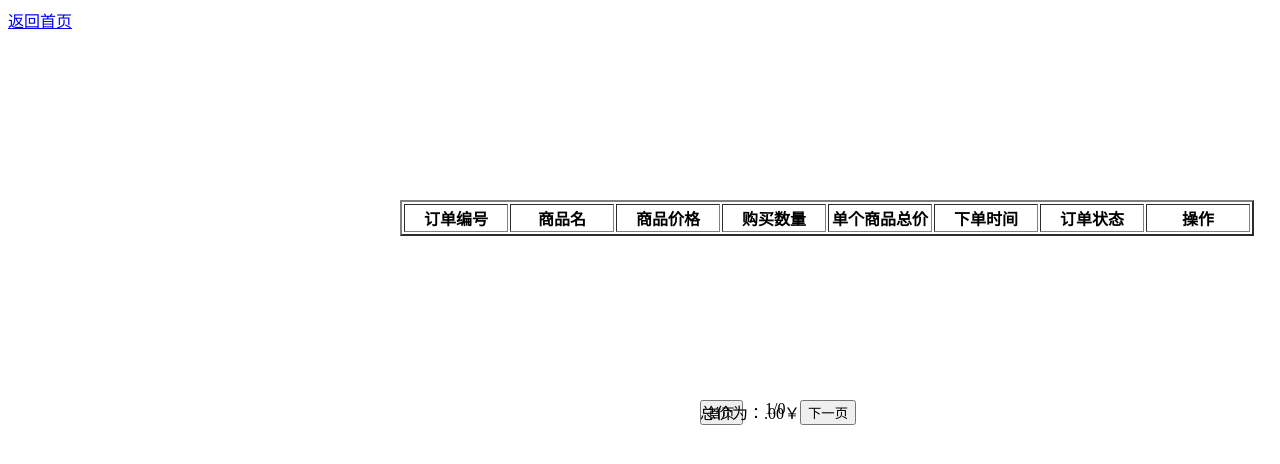
Repository: Gale-student/Gale-student.github.io
Page: http://localhost/weshop/OrdersDetailUnpaidQueryServlet
These files come from the project's save history. The page is drawn as it stood at one moment and after the next save; the edit follows.
The browser window is 1280 px wide. The pictures show the whole page.
The page is served by Tomcat 9. Other server files are loaded and not shown. Queries for data that is not in the repository find no rows.

Above is the page before, as saved 2022-10-05 11:03:48.

### WeShop/weshop/WebRoot/WEB-INF/jsp/OrdersUnpaidQueryOfUser.jsp
<%@ page language="java" import="java.util.*,com.company.entity.*" pageEncoding="utf-8"%>
<%
String path = request.getContextPath();
String basePath = request.getScheme()+"://"+request.getServerName()+":"+request.getServerPort()+path+"/";
%>

<!DOCTYPE HTML PUBLIC "-//W3C//DTD HTML 4.01 Transitional//EN">
<html>
  <head>
    <base href="<%=basePath%>">

    <title>My JSP 'OrdersUnpaidQueryOfUser.jsp' starting page</title>

	<meta http-equiv="pragma" content="no-cache">
	<meta http-equiv="cache-control" content="no-cache">
	<meta http-equiv="expires" content="0">
	<meta http-equiv="keywords" content="keyword1,keyword2,keyword3">
	<meta http-equiv="description" content="This is my page">
	<!--
	<link rel="stylesheet" type="text/css" href="styles.css">
	-->
  <%
      List<OrdersDetail> ordersDetailList = (List<OrdersDetail>)request.getAttribute("ordersDetailList");

      int currentPage = (Integer) session.getAttribute("currentPage");
      int allPage = (Integer) session.getAttribute("allPage");

      String upPage = "上一页";
      String downPage = "下一页";
      if(currentPage == 1){
         upPage = "首页";
      }
      if(currentPage == allPage){
         downPage = "尾页";
      }

      String totalPrice = (String) request.getAttribute("totalPrice");
      if(totalPrice == null){
         totalPrice = "";
      }
   %>
    <style type="text/css">
     th{
        width: 100px;
     }
     td{
        width: 100px;
     }
   </style>
  </head>

  <body>
   <a href="ShoppingHomePage.jsp">返回首页</a>
    <table style="position: absolute; left: 400px; top: 200px; text-align: center;" border="2" cellspacing="2">
       <tr>
          <th>订单编号</th>
          <th>商品名</th>
          <th>商品价格</th>
          <th>购买数量</th>
          <th>单个商品总价</th>
          <th>下单时间</th>
          <th>订单状态</th>
          <th>操作</th>
       </tr>
       <%for(int i = 0; i < ordersDetailList.size(); i ++){ %>
       <tr>
          <td><%=ordersDetailList.get(i).getOid() %></td>
          <td><%=ordersDetailList.get(i).getSname() %></td>
          <td><%=ordersDetailList.get(i).getSprice() %>.00￥</td>
          <td><%=ordersDetailList.get(i).getQuantity() %>.0</td>
          <td><%=ordersDetailList.get(i).getShopPrice() %>.00￥</td>
          <td><%=ordersDetailList.get(i).getDate() %></td>
          <td><%=ordersDetailList.get(i).getStatus() %></td>
          <td>
             <form action="OrdersCancelOfUserServlet" method="post">
                <input style="position: absolute; visibility: hidden;" type="text" value=<%=ordersDetailList.get(i).getOid() %> name="oid">
                <input type="submit" value="取消订单">
             </form>
          </td>
       </tr>
       <%} %>
    </table>
    <div style="position: absolute; left: 700px; top: 400px;">
    <form action="OrdersDetailUnpaidUpPageServlet" method="post">
       <input type="submit" value=<%=upPage %>>
    </form>
    <label style="position: absolute; top: 0px; left: 65px;"><%=currentPage + "/" + allPage %></label>
    <form style="position: absolute; top: 0px; left: 100px;" action="OrdersDetailUnpaidDownPageServlet" method="post">
       <input type="submit" value=<%=downPage %>>
    </form>

    </div>
    <label style="position: absolute; left: 700px; top: 400px;">总价为：<%=totalPrice %>.00￥</label>
  </body>
</html>

### WeShop/weshop/src/com/company/controller/OrdersDetailUnpaidQueryServlet.java
package com.company.controller;

import java.io.IOException;
import java.io.PrintWriter;
import java.util.List;

import javax.servlet.ServletException;
import javax.servlet.http.HttpServlet;
import javax.servlet.http.HttpServletRequest;
import javax.servlet.http.HttpServletResponse;
import javax.servlet.http.HttpSession;

import com.company.entity.OrdersDetail;
import com.company.service.OrdersService;
import com.company.service.OrdersServiceImpl;

public class OrdersDetailUnpaidQueryServlet extends HttpServlet {

	/**
	 * The doGet method of the servlet. <br>
	 *
	 * This method is called when a form has its tag value method equals to get.
	 *
	 * @param request the request send by the client to the server
	 * @param response the response send by the server to the client
	 * @throws ServletException if an error occurred
	 * @throws IOException if an error occurred
	 */
	public void doGet(HttpServletRequest request, HttpServletResponse response)
			throws ServletException, IOException {

		doPost(request, response);
	}

	/**
	 * The doPost method of the servlet. <br>
	 *
	 * This method is called when a form has its tag value method equals to post.
	 *
	 * @param request the request send by the client to the server
	 * @param response the response send by the server to the client
	 * @throws ServletException if an error occurred
	 * @throws IOException if an error occurred
	 */
	public void doPost(HttpServletRequest request, HttpServletResponse response)
			throws ServletException, IOException {

		HttpSession hs = request.getSession();
		String uid = (String)hs.getAttribute("uid");
		OrdersService ordersService = new OrdersServiceImpl();
		try {
			List<OrdersDetail> ordersDetailList = ordersService.queryOrdersDetailUnpaid(uid, 0);
			int allRows = ordersService.OrdersDetailUnpaidAllRows(uid);
			int allPage = allRows / 3;
			if(allRows % 3 != 0){
				allPage ++;
			}
			String totalPrice = ordersService.queryTotalPriceOfUserUnpaidOrders(uid);
			request.setAttribute("totalPrice", totalPrice);
			hs.setAttribute("allPage", allPage);
			hs.setAttribute("currentPage", 1);
			request.setAttribute("ordersDetailList", ordersDetailList);
			request.getRequestDispatcher("WEB-INF/jsp/OrdersUnpaidQueryOfUser.jsp").forward(request, response);
		} catch (Exception e) {
			// TODO Auto-generated catch block
			e.printStackTrace();
		}

	}

}

### WeShop/weshop/src/com/company/service/OrdersServiceImpl.java
package com.company.service;

import java.util.List;

import com.company.dao.OrdersDao;
import com.company.dao.OrdersDaoImpl;
import com.company.entity.Orders;
import com.company.entity.OrdersDetail;

public class OrdersServiceImpl implements OrdersService {
	private OrdersDao ordersDao = new OrdersDaoImpl();

    //获取订单表总行数
	public int OrdersAllRows() throws Exception {
		int ordersAllRows = ordersDao.OrdersAllRows();
		return ordersAllRows;
	}

    //添加订单(购买 下单 默认未支付状态)
	public void addOrders(String uid, String sid, String quantity)
			throws Exception {
		ordersDao.insertOrders(uid, sid, quantity);
	}

    //取消订单
	public void cancelOrders(String oid) throws Exception {
		ordersDao.deleteOrders(oid);
	}

    //订单表分页
	public List<Orders> ordersPagingQuery(int page) throws Exception {
		List<Orders> ordersList = ordersDao.ordersPaging(page * 3, 3);
		return ordersList;
	}

    //根据订单编号查订单
	public List<Orders> queryOrdersByOid(String oid) throws Exception {
		List<Orders> ordersList = ordersDao.selectOrdersByOid(oid);
		return ordersList;
	}

    //查看未支付订单
	public List<Orders> queryOrdersByStatusUnpaid() throws Exception {
		List<Orders> ordersList = ordersDao.selectOrdersByStatusUnpaid();
		return ordersList;
	}

	//通过用户ID查订单
	public List<Orders> queryOrdersByUid(String uid) throws Exception {
		List<Orders> ordersList = ordersDao.selectOrdersByUid(uid);
		return ordersList;
	}

	//修改商品数量
	public void modifyQuantity(String sid, String quantity) throws Exception {
		ordersDao.updateQuantity(sid, quantity);
	}

	//查找所有订单
	public List<Orders> queryAllOrders() throws Exception {
		List<Orders> ordersList = ordersDao.selectAllOrders();
		return ordersList;
	}

	//查看用户所有订单详情
	public List<OrdersDetail> selectOrdersDetail(String uid, int page) throws Exception {
		List<OrdersDetail> ordersDetailList = ordersDao.selectOrdersDetail(uid, page * 3, 3);
		return ordersDetailList;
	}

	//获取用户订单表总行数
	public int OrdersDetailAllRows(String uid) throws Exception {
		int ordersDetailAllRows = ordersDao.OrdersDetailAllRows(uid);
		return ordersDetailAllRows;
	}

	//获取用户未支付订单总行数
	public int OrdersDetailUnpaidAllRows(String uid) throws Exception {
		int ordersDetailUnpaidAllRows = ordersDao.OrdersDetailUnpaidAllRows(uid);
		return ordersDetailUnpaidAllRows;
	}

	//查看用户未支付订单详情
	public List<OrdersDetail> queryOrdersDetailUnpaid(String uid, int page) throws Exception {
		List<OrdersDetail> ordersDetaiUnpaidlList = ordersDao.selectOrdersDetailUnpaid(uid, page * 3, 3);
		return ordersDetaiUnpaidlList;
	}

	public String queryTotalPriceOfUserUnpaidOrders(String uid)
			throws Exception {
		String totalPrice = ordersDao.selectTotalPriceOfUserUnpaidOrders(uid);
		return totalPrice;
	}


}

### WeShop/weshop/src/com/company/dao/OrdersDao.java
package com.company.dao;

import java.util.List;

import com.company.entity.Orders;
import com.company.entity.OrdersDetail;

public interface OrdersDao {
	//删除订单(取消订单)
	public void deleteOrders(String oid) throws Exception;
	//订单表分页
	public List<Orders> ordersPaging(int offset, int count) throws Exception;
	//获取订单表总行数
	public int OrdersAllRows() throws Exception;
	//根据订单号查找订单
	public List<Orders> selectOrdersByOid(String oid) throws Exception;
	//查看未支付订单
	public List<Orders> selectOrdersByStatusUnpaid() throws Exception;
	//用户下单(添加订单)
	public void insertOrders(String uid, String sid, String quantity) throws Exception;
	//根据用户ID查订单
	public List<Orders> selectOrdersByUid(String uid) throws Exception;
	//更新订单中商品数量
	public void updateQuantity(String sid, String quantity) throws Exception;
	//查寻所有订单
	public List<Orders> selectAllOrders() throws Exception;
	//订单详情表分页(用户)
	public List<OrdersDetail> selectOrdersDetail(String uid, int offset, int count) throws Exception;
	//获取用户订单表总行数
	public int OrdersDetailAllRows(String uid) throws Exception;
	//用户未支付订单分页查询
	public List<OrdersDetail> selectOrdersDetailUnpaid(String uid, int offset, int count) throws Exception;
	//获取用户未支付订单表总行数
	public int OrdersDetailUnpaidAllRows(String uid) throws Exception;
	//获取所有未支付订单的总价
	public String selectTotalPriceOfUserUnpaidOrders(String uid) throws Exception;
}

### WeShop/weshop/src/com/company/dao/OrdersDaoImpl.java
package com.company.dao;

import java.sql.Connection;
import java.sql.Date;
import java.sql.DriverManager;
import java.sql.PreparedStatement;
import java.sql.ResultSet;
import java.text.DateFormat;
import java.util.ArrayList;
import java.util.List;

import com.company.entity.Orders;
import com.company.entity.OrdersDetail;
import com.company.entity.User;

public class OrdersDaoImpl implements OrdersDao {
	private String url = "jdbc:mysql://localhost:3306/test?characterEncoding=utf-8";
    private String username = "root";
    private String password = "root";

    //获取订单表总行数(管理员)
	public int OrdersAllRows() throws Exception {
		Class.forName("com.mysql.jdbc.Driver");
		Connection conn = DriverManager.getConnection(url, username, password);
		String sql = " select count(*) as rows from orders ";
		PreparedStatement ps = conn.prepareStatement(sql);
		ResultSet rs = ps.executeQuery();
		rs.next();
		int rows = rs.getInt("rows");
		return rows;
	}

    //删除订单(管理员)
	public void deleteOrders(String oid) throws Exception {
		Class.forName("com.mysql.jdbc.Driver");
		Connection conn = DriverManager.getConnection(url, username, password);
		String sql = " delete from orders where oid = ? ";
		PreparedStatement ps = conn.prepareStatement(sql);
		ps.setString(1, oid);
		ps.execute();
		conn.close();

	}

    //订单表分页(管理员)
	public List<Orders> ordersPaging(int offset, int count) throws Exception {
		Class.forName("com.mysql.jdbc.Driver");
		Connection conn = DriverManager.getConnection(url, username, password);
		String sql = " select * from orders limit ?, ? ";
		PreparedStatement ps = conn.prepareStatement(sql);
		ps.setInt(1, offset);
		ps.setInt(2, count);
		ResultSet rs = ps.executeQuery();
		List<Orders> ordersList = new ArrayList<Orders>();
		while(rs.next()){
			String oid = rs.getString("oid");
			String uid = rs.getString("uid");
			String sid = rs.getString("sid");
			String quantity = rs.getString("quantity");
			String date = rs.getString("date");
			String status = rs.getString("status");
			Orders orders = new Orders();
			orders.setOid(oid);
			orders.setUid(uid);
			orders.setSid(sid);
			orders.setQuantity(quantity);
			orders.setDate(date);
			orders.setStatus(status);
            ordersList.add(orders);
		}
		return ordersList;
	}

    //根据订单号查找订单(管理员)
	public List<Orders> selectOrdersByOid(String oid) throws Exception {
		Class.forName("com.mysql.jdbc.Driver");
		Connection conn = DriverManager.getConnection(url, username, password);
		String sql = " select * from orders where oid = ? ";
		PreparedStatement ps = conn.prepareStatement(sql);
		ps.setString(1, oid);
		ResultSet rs = ps.executeQuery();
		List<Orders> ordersList = new ArrayList<Orders>();
		while(rs.next()){
			String uid = rs.getString("uid");
			String sid = rs.getString("sid");
			String quantity = rs.getString("quantity");
			String date = rs.getString("date");
			String status = rs.getString("status");
			Orders orders = new Orders();
			orders.setOid(oid);
			orders.setUid(uid);
			orders.setSid(sid);
			orders.setQuantity(quantity);
			orders.setDate(date);
			orders.setStatus(status);
			ordersList.add(orders);
		}
		return ordersList;
	}

    //查看未支付订单(管理员)
	public List<Orders> selectOrdersByStatusUnpaid() throws Exception {
		Class.forName("com.mysql.jdbc.Driver");
		Connection conn = DriverManager.getConnection(url, username, password);
		String sql = " select * from orders where status = '0' ";
		PreparedStatement ps = conn.prepareStatement(sql);
		ResultSet rs = ps.executeQuery();
		List<Orders> ordersList = new ArrayList<Orders>();
		while(rs.next()){
			String oid = rs.getString("oid");
			String uid = rs.getString("uid");
			String sid = rs.getString("sid");
			String quantity = rs.getString("quantity");
			String date = rs.getString("date");
			String status = rs.getString("status");
			Orders orders = new Orders();
			orders.setOid(oid);
			orders.setUid(uid);
			orders.setSid(sid);
			orders.setQuantity(quantity);
			orders.setDate(date);
			orders.setStatus(status);
			ordersList.add(orders);
		}
		return ordersList;
	}

	//添加订单(用户购买)
	public void insertOrders(String uid, String sid, String quantity) throws Exception {
		Class.forName("com.mysql.jdbc.Driver");
		Connection conn = DriverManager.getConnection(url, username, password);

		System.currentTimeMillis();
		String oid = "" + System.currentTimeMillis();
		String sql = " insert into orders values ( ?, ?, ?, ?, now(), 0 ) ";
		PreparedStatement ps = conn.prepareStatement(sql);
		ps.setString(1, oid);
		ps.setString(2, uid);
		ps.setString(3, sid);
		ps.setString(4, quantity);
		ps.execute();
		conn.close();

	}

	//根据用户ID查询订单(管理员)
	public List<Orders> selectOrdersByUid(String uid) throws Exception {
		Class.forName("com.mysql.jdbc.Driver");
		Connection conn = DriverManager.getConnection(url, username, password);
		String sql = " select * from orders where uid = ? ";
		PreparedStatement ps = conn.prepareStatement(sql);
		ps.setString(1, uid);
		ResultSet rs = ps.executeQuery();
		List<Orders> ordersList = new ArrayList<Orders>();
		while(rs.next()){
			String oid = rs.getString("oid");
			String sid = rs.getString("sid");
			String quantity = rs.getString("quantity");
			String date = rs.getString("date");
			String status = rs.getString("status");
			Orders orders = new Orders();
			orders.setOid(oid);
			orders.setUid(uid);
			orders.setSid(sid);
			orders.setQuantity(quantity);
			orders.setDate(date);
			orders.setStatus(status);
			ordersList.add(orders);
		}
		return ordersList;
	}

	//更新订单中商品数量(用户 添加相同商品)
	public void updateQuantity(String sid, String quantity) throws Exception {
		Class.forName("com.mysql.jdbc.Driver");
		Connection conn = DriverManager.getConnection(url, username, password);
		String sql = " update orders set quantity = quantity + ? where sid = ? and status = 0 ";
		PreparedStatement ps = conn.prepareStatement(sql);
		ps.setString(1, quantity);
		ps.setString(2, sid);
		ps.execute();
		conn.close();
	}

	//查询所有订单(管理员)
	public List<Orders> selectAllOrders() throws Exception {
		Class.forName("com.mysql.jdbc.Driver");
		Connection conn = DriverManager.getConnection(url, username, password);
		String sql = " select * from orders ";
		PreparedStatement ps = conn.prepareStatement(sql);
		ResultSet rs = ps.executeQuery();
		List<Orders> ordersList = new ArrayList<Orders>();
		while(rs.next()){
			String oid = rs.getString("oid");
			String uid = rs.getString("uid");
			String sid = rs.getString("sid");
			String quantity = rs.getString("quantity");
			String date = rs.getString("date");
			String status = rs.getString("status");
			Orders orders = new Orders();
			orders.setOid(oid);
			orders.setUid(uid);
			orders.setSid(sid);
			orders.setQuantity(quantity);
			orders.setDate(date);
			orders.setStatus(status);
			ordersList.add(orders);
		}
		return ordersList;
	}

	//用户订单详情表分页
	public List<OrdersDetail> selectOrdersDetail(String uid, int offset, int count) throws Exception {
		Class.forName("com.mysql.jdbc.Driver");
		Connection conn = DriverManager.getConnection(url, username, password);
		String sql = " select o.oid, o.uid, s.sname, s.sprice, o.quantity,  " +
				"(o.quantity * s.sprice) as shopPrice, o.date, o.status from orders " +
				"o inner join shop s where s.sid = o.sid and o.uid = ? limit ?, ? ";
		PreparedStatement ps = conn.prepareStatement(sql);
		ps.setString(1, uid);
		ps.setInt(2, offset);
		ps.setInt(3, count);
		ResultSet rs = ps.executeQuery();
		List<OrdersDetail> ordersDetailList = new ArrayList<OrdersDetail>();
		while(rs.next()){
			String oid = rs.getString("oid");
			String sname = rs.getString("sname");
			String sprice = rs.getString("sprice");
			String quantity = rs.getString("quantity");
			String shopPrice = rs.getString("shopPrice");
			String date = rs.getString("date");
			String status = rs.getString("status");
			OrdersDetail ordersDetail = new OrdersDetail();
			ordersDetail.setOid(oid);
			ordersDetail.setUid(uid);
			ordersDetail.setSname(sname);
			ordersDetail.setSprice(sprice);
			ordersDetail.setQuantity(quantity);
			ordersDetail.setShopPrice(shopPrice);
			ordersDetail.setDate(date);
			ordersDetail.setStatus(status);
			ordersDetailList.add(ordersDetail);
		}
		return ordersDetailList;
	}

	//获取用户订单详情表总行数
	public int OrdersDetailAllRows(String uid) throws Exception {
		Class.forName("com.mysql.jdbc.Driver");
		Connection conn = DriverManager.getConnection(url, username, password);
		String sql = " select count(*) as rows from orders where uid = ? ";
		PreparedStatement ps = conn.prepareStatement(sql);
		ps.setString(1, uid);
		ResultSet rs = ps.executeQuery();
		rs.next();
		int rows = rs.getInt("rows");
		conn.close();
		return rows;
	}

	//获取用户未支付订单总行数
	public int OrdersDetailUnpaidAllRows(String uid) throws Exception {
		Class.forName("com.mysql.jdbc.Driver");
		Connection conn = DriverManager.getConnection(url, username, password);
		String sql = " select count(*) as rows from orders where uid = ? and status = 0 ";
		PreparedStatement ps = conn.prepareStatement(sql);
		ps.setString(1, uid);
		ResultSet rs = ps.executeQuery();
		rs.next();
		int rows = rs.getInt("rows");
		conn.close();
		return rows;
	}

	//查询用户未支付订单
	public List<OrdersDetail> selectOrdersDetailUnpaid(String uid, int offset,
			int count) throws Exception {
		Class.forName("com.mysql.jdbc.Driver");
		Connection conn = DriverManager.getConnection(url, username, password);
		String sql = " select o.oid, o.uid, s.sname, s.sprice, o.quantity,  " +
				"(o.quantity * s.sprice) as shopPrice, o.date, o.status from orders " +
				"o inner join shop s where s.sid = o.sid and o.uid = ? and o.status = 0 limit ?, ? ";
		PreparedStatement ps = conn.prepareStatement(sql);
		ps.setString(1, uid);
		ps.setInt(2, offset);
		ps.setInt(3, count);
		ResultSet rs = ps.executeQuery();
		List<OrdersDetail> ordersDetailList = new ArrayList<OrdersDetail>();
		while(rs.next()){
			String oid = rs.getString("oid");
			String sname = rs.getString("sname");
			String sprice = rs.getString("sprice");
			String quantity = rs.getString("quantity");
			String shopPrice = rs.getString("shopPrice");
			String date = rs.getString("date");
			String status = rs.getString("status");
			OrdersDetail ordersDetail = new OrdersDetail();
			ordersDetail.setOid(oid);
			ordersDetail.setUid(uid);
			ordersDetail.setSname(sname);
			ordersDetail.setSprice(sprice);
			ordersDetail.setQuantity(quantity);
			ordersDetail.setShopPrice(shopPrice);
			ordersDetail.setDate(date);
			ordersDetail.setStatus(status);
			ordersDetailList.add(ordersDetail);
		}
		return ordersDetailList;
	}

	//获取用户未支付订单的总价
	public String selectTotalPriceOfUserUnpaidOrders(String uid)
			throws Exception {
		Class.forName("com.mysql.jdbc.Driver");
		Connection conn = DriverManager.getConnection(url, username, password);
		String sql = " select sum(o.quantity * s.sprice) as totalPrice from orders o inner join shop s where uid = ? and status = 0 ";
		PreparedStatement ps = conn.prepareStatement(sql);
		ps.setString(1, uid);
		ResultSet rs = ps.executeQuery();
		rs.next();
		String totalPrice = rs.getString("totalPrice");
		return totalPrice;
	}

}

After the next save:
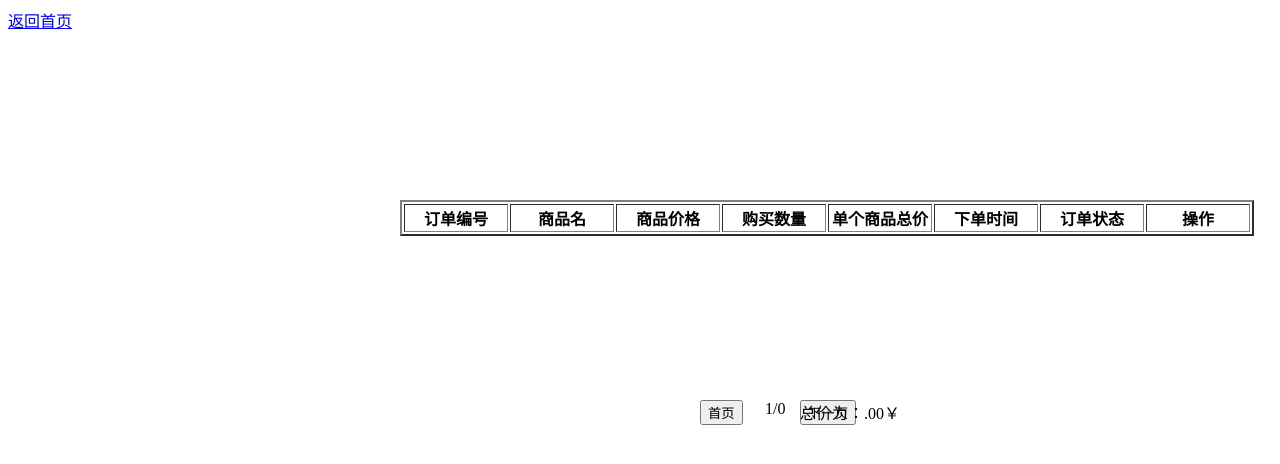
Saved 10 s later.
--- a/WeShop/weshop/WebRoot/WEB-INF/jsp/OrdersUnpaidQueryOfUser.jsp
+++ b/WeShop/weshop/WebRoot/WEB-INF/jsp/OrdersUnpaidQueryOfUser.jsp
@@ -90,6 +90,6 @@ String basePath = request.getScheme()+"://"+request.getServerName()+":"+request.
     </form>
 
     </div>
-    <label style="position: absolute; left: 700px; top: 400px;">总价为：<%=totalPrice %>.00￥</label>
+    <label style="position: absolute; left: 800px; top: 400px;">总价为：<%=totalPrice %>.00￥</label>
   </body>
 </html>
